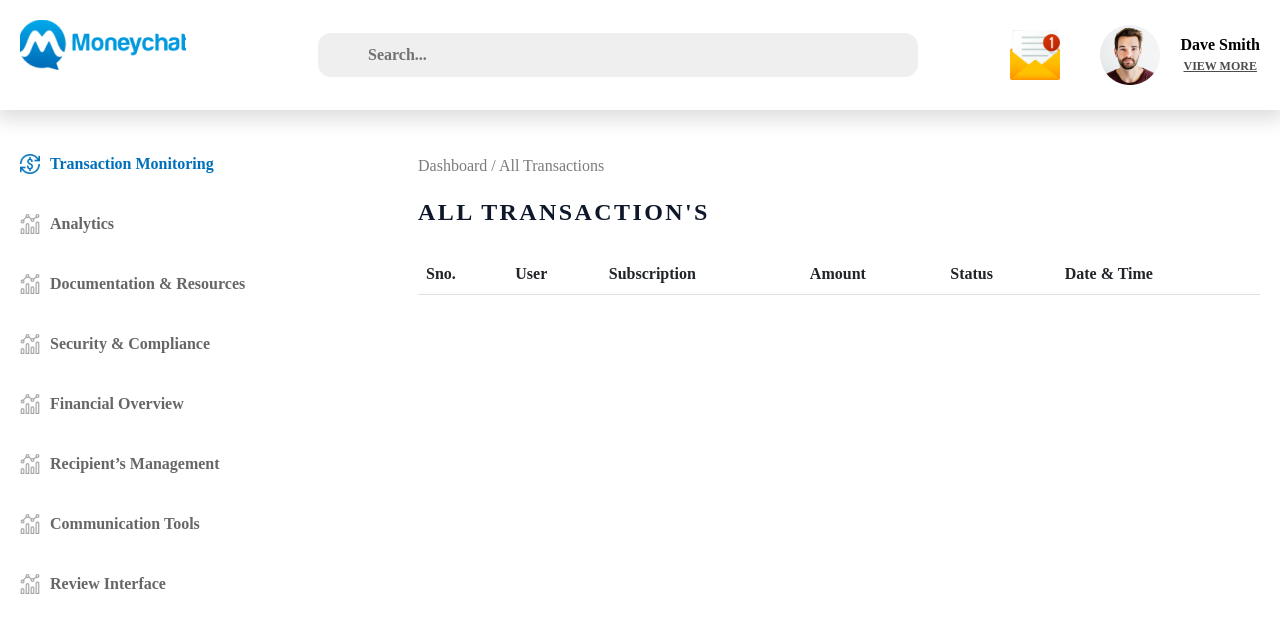
Repository: FlyweisReact/Money-Chat
Page: /transaction
The author's editor kept a copy of each file at every save. The page is drawn from the files as they stood at one save, then again after the next save.
The browser window is 1280 px wide. The pictures show the whole page.
The project was rebuilt for these pictures with package versions that can differ from the ones it lists, and the page was loaded fresh each time. Also part of the build but not shown: src/forms/ForgetPassword.js, src/forms/Login.jsx, src/forms/NeedHelp.js, src/forms/Regestration.js, src/forms/Verify.js. Imported but missing from the stored project, and not drawn on this page: src/pages/Component/SpinnerComp.

Above is the page before, as saved 2023-11-30 15:21:48.

### src/index.js
import React from "react";
import ReactDOM from "react-dom/client";
import "./index.css";
import App from "./App";
import { BrowserRouter } from "react-router-dom";
import 'bootstrap/dist/css/bootstrap.min.css'
// Commit Changes
const root = ReactDOM.createRoot(document.getElementById("root"));
root.render(
  <React.StrictMode>
    <BrowserRouter>
      <App />
    </BrowserRouter>
  </React.StrictMode>
);

### src/CSS/style.css
/** @format */

.Login_screen {
  background: linear-gradient(
      0deg,
      rgba(238, 238, 238, 0.2) 0%,
      rgba(238, 238, 238, 0.2) 100%
    ),
    #fff;
  display: flex;
  flex-direction: column;
  justify-content: center;
  align-items: center;
  width: 100%;
  height: 100vh;
}
.Login_screen .Login_Container {
  max-width: 667px;
  max-height: 785px;
  width: 100%;
  height: 100%;
  border-radius: 13px;
  background: #fff;
  box-shadow: 0px 10px 30px 3px rgba(0, 0, 0, 0.15);
  padding: 20px;
  padding-bottom: 50px;
}
.Login_screen .Login_Container .logo {
  display: block;
  margin: auto;
  width: 166px;
  margin-top: 40px;
}
.Login_screen .Login_Container .description {
  margin-top: 40px;
}
.Login_screen .Login_Container .description h6 {
  color: #000;
  text-align: center;
  font-size: 32px;
  font-style: normal;
  font-weight: 700;
  line-height: normal;
}

.Login_screen .Login_Container .description p {
  color: rgba(0, 0, 0, 0.7);
  text-align: center;
  font-size: 20px;
  font-style: normal;
  font-weight: 400;
  line-height: normal;
}

.Login_Container .input_container {
  margin-bottom: 50px;
}
.Login_Container .input_container.special {
  max-height: 300px;
  padding-bottom: 50px;
  overflow-y: scroll;
}
.Login_Container .input_group {
  display: flex;
  gap: 10px;
  align-items: center;
  border-radius: 13px;
  background: rgba(238, 238, 238, 0.2);
  box-shadow: 0px 6px 20px 2px rgba(0, 0, 0, 0.15);
  padding: 15px;
  width: 80%;
  margin: auto;
}
.Login_Container .input_group img {
  width: 20px;
}
.Login_Container .input_group input {
  outline: none;
  border: none;
  color: #0070bc;
  font-size: 16px;
  font-style: normal;
  font-weight: 500;
  line-height: normal;
  font-weight: 600;
  width: 80%;
}
.Login_Container .input_group input.without_color {
  color: rgba(0, 0, 0, 0.7);
}
.Login_Container .input_group input.without_color::placeholder {
  color: rgba(0, 0, 0, 0.7);
}
.Login_Container .input_group input::placeholder {
  color: #0070bc;
  font-weight: 600;
}

.Login_Container .login_btn {
  max-width: 250px;
  width: 100%;
  display: block;
  margin: auto;
  margin-top: 40px;
  color: #fff;
  text-align: center;
  font-size: 18px;
  font-style: normal;
  font-weight: 600;
  line-height: normal;
  border-radius: 10px;
  background: linear-gradient(180deg, #fea82f 0%, #fd575b 100%);
  padding: 15px;
}

.Login_Container .create_new {
  display: flex;
  justify-content: center;
  gap: 20px;
  align-items: center;
  margin-top: 50px;
}

.Login_Container .create_new .item {
  display: flex;
  gap: 10px;
  align-items: center;
  width: 300px;
  justify-content: center;
}
.Login_Container .create_new .item img {
  width: 20px;
}
.Login_Container .create_new .item span {
  color: rgba(0, 0, 0, 0.7);
  text-align: center;
  font-size: 16px;
  font-style: normal;
  font-weight: 600;
  line-height: normal;
}

.Login_Container .create_new .item:first-child {
  border-right: 2px solid #000;
  padding-right: 10px;
}

.Login_Container a {
  text-decoration: none;
}

.Login_Container .button_container {
  display: flex;
  justify-content: space-between;
  align-items: center;
  gap: 20px;
}
.Login_Container .button_container button {
  max-width: 250px;
  width: 100%;
  display: block;
  margin: auto;
  color: #fff;
  text-align: center;
  font-size: 18px;
  font-style: normal;
  font-weight: 600;
  line-height: normal;
  border-radius: 10px;
  background: linear-gradient(180deg, #fea82f 0%, #fd575b 100%);
  padding: 15px;
}

.Login_Container .button_container .cancel {
  max-width: 250px;
  width: 100%;
  display: flex;
  gap: 10px;
  align-items: center;
}
.Login_Container .button_container .cancel a {
  font-size: 18px;
  font-style: normal;
  font-weight: 700;
  line-height: normal;
  text-decoration-line: underline;
  background: linear-gradient(180deg, #fea82f 0%, #fd575b 100%);
  background-clip: text;
  -webkit-background-clip: text;
  -webkit-text-fill-color: transparent;
}
.Login_Container .button_container .cancel img {
  width: 30px;
}

.Login_Container .progress_bar {
  border-radius: 10px;
  background: rgba(196, 196, 196, 0.4);
  width: 100%;
  height: 16px;
  margin-top: 40px;
}

.Login_Container .progress_bar .colored {
  width: 33%;
  border-radius: 10px;
  background: linear-gradient(90deg, #fea82f 0%, #fd575b 100%);
  height: 100%;
}
.Login_Container .progress_bar .second_stage {
  width: 80%;
  border-radius: 10px;
  background: linear-gradient(90deg, #fea82f 0%, #fd575b 100%);
  height: 100%;
}

.Login_Container .input_container .heading {
  color: #0070bc;
  font-size: 20px;
  font-style: normal;
  font-weight: 700;
  line-height: normal;
  padding: 20px;
  padding-bottom: 0;
  margin-top: 20px;
}

.Login_Container .whole_button_container {
  border-radius: 13px;
  background: rgba(238, 238, 238, 0.2);
  box-shadow: 0px 6px 20px 2px rgba(0, 0, 0, 0.15);
  width: 90%;
  margin: auto;
  display: flex;
  align-items: center;
  justify-content: space-between;
  padding-left: 20px;
  padding-right: 20px;
  padding: 10px;
  margin-top: 10px;
}

.Login_Container .whole_button_container p {
  margin: 0;
  color: rgba(0, 0, 0, 0.7);
  font-size: 16px;
  font-style: normal;
  font-weight: 600;
  line-height: normal;
}

.Login_Container .whole_button_container button {
  border-radius: 13px;
  background: rgba(0, 170, 234, 0.5);
  width: 200px;
  padding: 10px;
  color: #fff;
  text-align: center;
  font-size: 16px;
  font-style: normal;
  font-weight: 600;
  line-height: normal;
  display: flex;
  justify-content: center;
  align-items: center;
  gap: 20px;
}

.Login_Container .whole_button_container button.img {
  width: 20px;
}

.verify {
  background: #f0f6f5;
  width: 100%;
  height: 100vh;
}
.verify img {
  width: 800px;
  display: block;
  margin: auto;
}
.verify .colored {
  color: rgba(0, 0, 0, 0.7);
  text-align: center;
  font-size: 32px;
  font-style: normal;
  font-weight: 500;
  line-height: normal;
}
.verify p {
  color: rgba(0, 0, 0, 0.6);
  text-align: center;
  font-size: 24px;
  font-style: normal;
  font-weight: 400;
  line-height: normal;
}

.Login_Container .Drop_Links {
  padding: 20px;
}

.Login_Container .Drop_Links div {
  border-bottom: 1px solid rgba(0, 0, 0, 0.6);
  padding: 20px;
  display: flex;
  justify-content: space-between;
  align-items: center;
  cursor: pointer;
  margin-top: 20px;
}
.Login_Container .Drop_Links div span {
  color: rgba(0, 0, 0, 0.6);
  font-size: 16px;
  font-style: normal;
  font-weight: 600;
  line-height: normal;
}
.Login_Container .Drop_Links div i {
  font-size: 18px;
  color: #fea82f;
}

/* Navbar */
.Navbar {
  background: #fff;
  box-shadow: 0px 4px 20px 4px rgba(0, 0, 0, 0.15);
  display: flex;
  justify-content: space-between;
  align-items: center;
  gap: 20px;
  padding: 20px;
  width: 100%;
  position: relative;
  z-index: 2;
}
.Navbar .logo {
  width: 206px;
}

.Navbar .search_bar {
  border-radius: 13px;
  background: rgba(238, 238, 238, 0.93);
  max-width: 600px;
  width: 100%;
  padding: 10px;
  display: flex;
  gap: 20px;
  align-items: center;
  padding-left: 30px;
}

.Navbar .search_bar input {
  background-color: transparent;
  outline: none;
  width: 90%;
  font-size: 16px;
  font-weight: 600;
}

.Navbar .search_bar input::placeholder {
  color: rgba(30, 30, 30, 0.6);
  font-weight: 600;
}

.Navbar .side_div {
  display: flex;
  align-items: center;
  gap: 20px;
  justify-content: space-between;
  max-width: 250px;
  width: 100%;
}

.Navbar .side_div .notify {
  max-width: 50px;
  width: 100%;
}
.Navbar .side_div .content {
  display: flex;
  align-items: center;
  gap: 20px;
}
.Navbar .side_div .content div {
  display: flex;
  flex-direction: column;
  gap: 5px;
  justify-content: center;
  align-items: center;
}
.Navbar .side_div .content div p {
  margin: 0;
  color: #000;
  font-size: 16px;
  font-style: normal;
  font-weight: 600;
  line-height: normal;
}

.Navbar .side_div .content div a {
  color: rgba(0, 0, 0, 0.7);
  font-size: 12px;
  font-style: normal;
  font-weight: 600;
  text-decoration: underline;
  line-height: normal;
}

/* ---- */
.component_style {
  display: flex;
  gap: 20px;
}
.sidebar {
  background-color: #fff;
  width: 30%;
}

.sidebar ul {
  display: flex;
  gap: 40px;
  flex-direction: column;
  padding: 20px;
}
.sidebar ul li {
  display: flex;
  align-items: center;
  gap: 10px;
}
.sidebar ul li span.link {
  color: rgba(0, 0, 0, 0.6);
  font-size: 16px;
  font-style: normal;
  font-weight: 600;
  line-height: normal;
}

.sidebar ul li img {
  width: 20px;
}
.sidebar ul a {
  text-decoration: none;
}
.sidebar ul a.active li  span.link {
  color: #0070bc;
}

.child_component{
  width: 70%;
}

### src/layout/HOC.jsx
/** @format */

import React, { useState } from "react";
import Navbar from "./Navbar";
import Sidebar from "./Sidebar";

const HOC = (Wcomponenet) => {
  return function Component() {
    const [hamb, setHamb] = useState(false);
    return (
      <>
        <div style={{ backgroundColor: "#f2f3f8" }}>
          <Navbar hamb={hamb} setHamb={setHamb} />
        </div>

        <section className="component_style">
          <Sidebar hamb={hamb} setHamb={setHamb} />
          <div
            className="my-6 text-#000 h-[87%] child_component"
            style={{ overflowY: "auto" }}
          >
            {" "}
            <Wcomponenet />
          </div>
        </section>
      </>
    );
  };
};

export default HOC;

### src/layout/Navbar.jsx
/** @format */
import logo from "../Images/logo.png";

const Navbar = () => {
  return (
    <>
      <div className="Navbar">
        <div className="logo">
          <img src={logo} alt="" />
        </div>

        <div className="search_bar">
          <i className="fa-solid fa-magnifying-glass"></i>
          <input type="search" placeholder="Search..." />
        </div>

        <div className="side_div">
          <img src="./Image/13.png" alt="" className="notify" />

          <div className="content">
            <img src="./Image/12.png" alt="" />
            <div>
              <p className="head">Dave Smith</p>
              <a>VIEW MORE </a>
            </div>
          </div>

        </div>


      </div>
    </>
  );
};

export default Navbar;

### src/layout/Sidebar.jsx
/** @format */

import React from "react";
import { Link, useLocation, useNavigate } from "react-router-dom";
import { toast } from "react-toastify";

const Sidebar = () => {
  const navigate = useNavigate();
  const location = useLocation();

  const nav = [
    {
      img: "./Image/14.svg",
      activeImg: "./Image/Monitoring.svg",
      link: "/transaction",
      name: "Transaction Monitoring",
    },
    {
      img: "./Image/Analytics.svg",
      activeImg: "./Image/Analyticsactive.svg",
      link: "/Product",
      name: "Analytics ",
    },

    {
      img: "./Image/Analytics.svg",
      activeImg: "./Image/Analyticsactive.svg",
      link: "/service",
      name: "Documentation & Resources",
    },
    {
      img: "./Image/Analytics.svg",
      activeImg: "./Image/Analyticsactive.svg",
      link: "/gallery",
      name: "Security & Compliance",
    },
    {
      img: "./Image/Analytics.svg",
      activeImg: "./Image/Analyticsactive.svg",
      link: "/getblog",
      name: "Financial Overview",
    },
    {
      img: "./Image/Analytics.svg",
      activeImg: "./Image/Analyticsactive.svg",
      link: "/privacy-policy",
      name: "Recipient’s Management",
    },
    {
      img: "./Image/Analytics.svg",
      activeImg: "./Image/Analyticsactive.svg",
      link: "/terms",
      name: "Communication Tools",
    },
    {
      img: "./Image/Analytics.svg",
      activeImg: "./Image/Analyticsactive.svg",
      link: "/brand",
      name: "Review Interface",
    },
  ];

  const logOut = () => {
    localStorage.clear();
    navigate("/");
    toast.success("Logged Out");
  };

  function ImgFinder(i) {
    if (i.link === location.pathname) {
      return i.activeImg;
    } else {
      return i.img;
    }
  }

  return (
    <>
      <aside className="sidebar">
        <nav className="py-6">
          <ul>
            {nav.map((nav) => {
              return (
                <Link
                  to={nav.link}
                  key={nav.name}
                  className={`Links ${
                    nav.link === location.pathname ? "active" : ""
                  }`}
                >
                  <li>
                    <img src={ImgFinder(nav)} alt="" />
                    <span className="link"> {nav.name}</span>
                  </li>
                </Link>
              );
            })}
          </ul>

          <span
            className="flex my-3 items-center cursor-pointer text-gray-900    tracking-wider p-2 rounded-sm"
            onClick={() => logOut()}
            style={{ color: "#FFF", textTransform: "uppercase" }}
          ></span>
        </nav>
      </aside>
    </>
  );
};

export default Sidebar;

Loaded but not shown: tailwind.config.js (common file); src/App.js (46 lines, source omitted); src/pages/Transaction/Transaction.js (42 lines, source omitted); src/index.css (923 lines, source omitted)

After the next save:
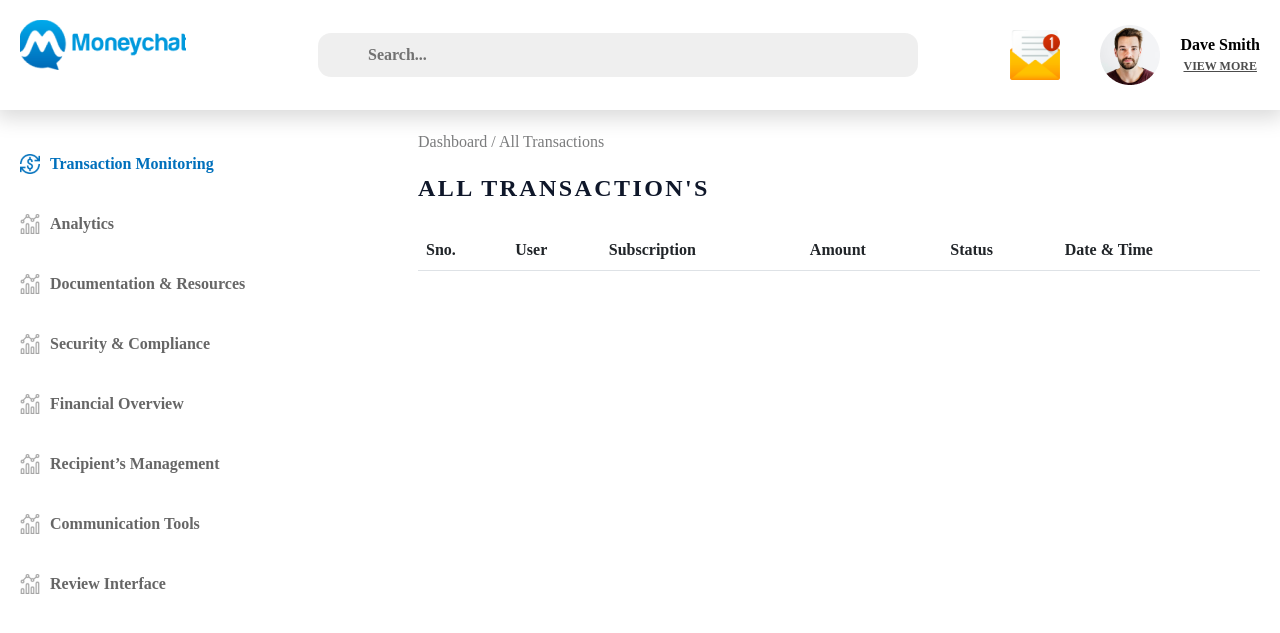
Saved 33 s later.
--- a/src/layout/HOC.jsx
+++ b/src/layout/HOC.jsx
@@ -16,7 +16,7 @@ const HOC = (Wcomponenet) => {
         <section className="component_style">
           <Sidebar hamb={hamb} setHamb={setHamb} />
           <div
-            className="my-6 text-#000 h-[87%] child_component"
+            className="h-[87%] child_component"
             style={{ overflowY: "auto" }}
           >
             {" "}
